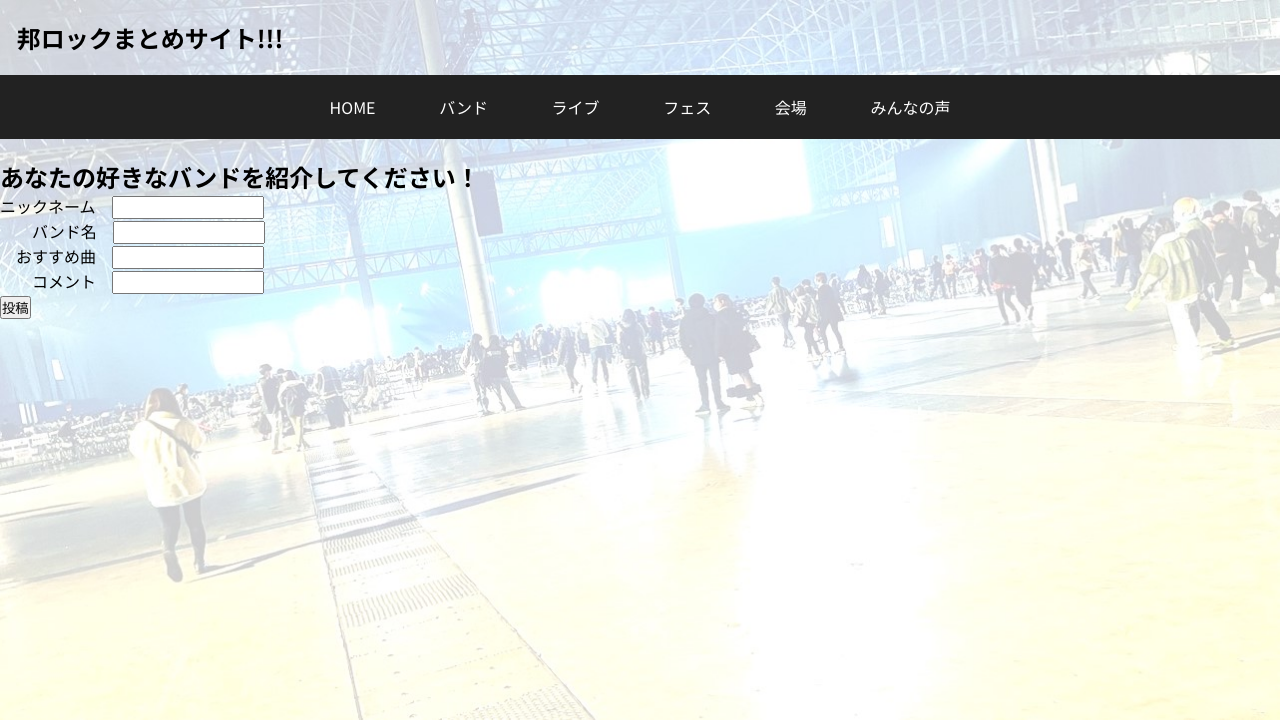
Repository: keimo15/web_live
Page: LetsEnjoyLive/src/main/webapp/reviewForm.html
The author's editor kept a copy of each file at every save. The page is drawn from the files as they stood at one save, then again after the next save.
The browser window is 1280 px wide. The pictures show the whole page.

Above is the page before, as saved 2023-07-02 23:25:07.

After the next save:
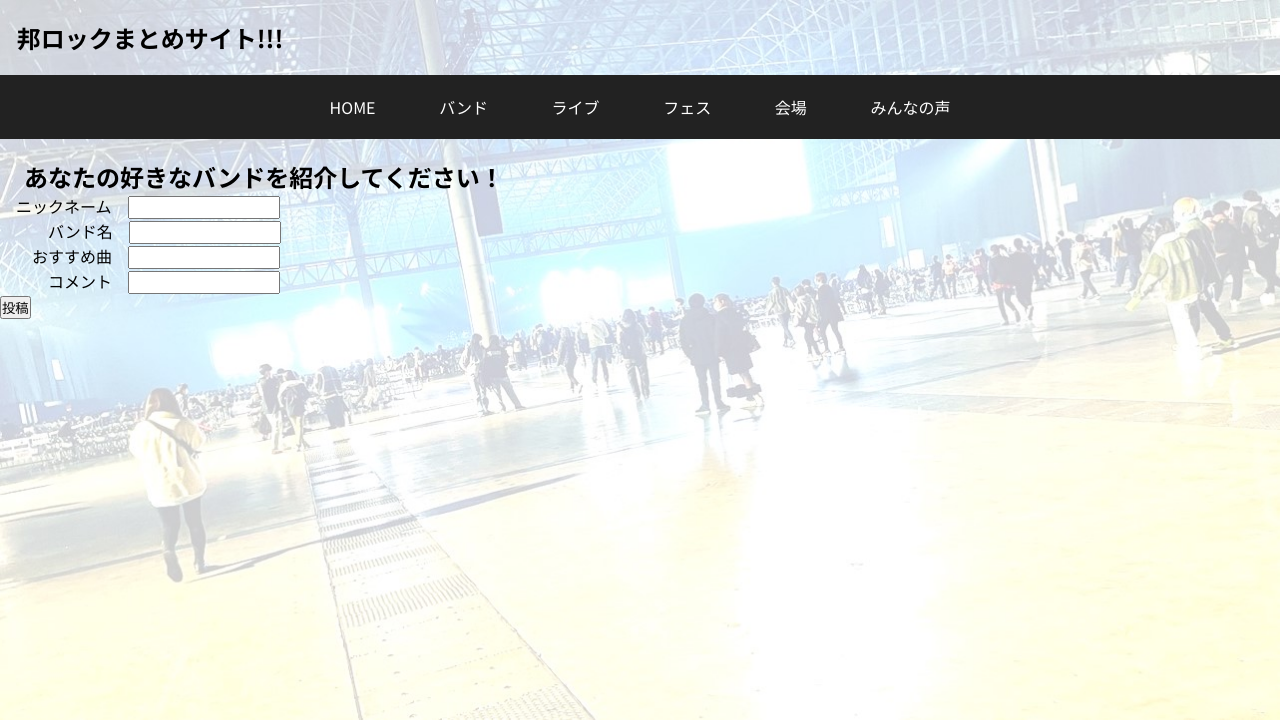
Saved 3 min 28 s later.
--- a/LetsEnjoyLive/src/main/webapp/reviewForm.html
+++ b/LetsEnjoyLive/src/main/webapp/reviewForm.html
@@ -20,12 +20,12 @@
         </nav>
     </div>
 
-	<h2>あなたの好きなバンドを紹介してください！</h2>
+	<h2>　あなたの好きなバンドを紹介してください！</h2>
 	<form action="/LetsEnjoyLive/reviewForm" method="post">
-	ニックネーム　<input type="text" name ="E_Name" /><br />
-	　　バンド名　<input type="text" name ="E_Band" /><br />
-	　おすすめ曲　<input type="text" name ="E_Song" /><br />
-	　　コメント　<input type="text" name ="E_Text" /><br />
+	　ニックネーム　<input type="text" name ="E_Name" /><br />
+	　　　バンド名　<input type="text" name ="E_Band" /><br />
+	　　おすすめ曲　<input type="text" name ="E_Song" /><br />
+	　　　コメント　<input type="text" name ="E_Text" /><br />
 	<input type="submit" name="btn" value="投稿" />
 	</form><br />
 </body>
